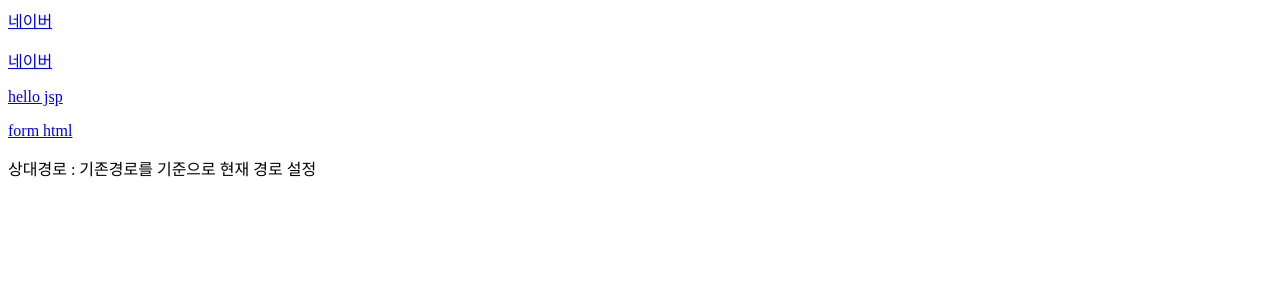
Repository: DrakeJU/eclipse-workspace
Page: Web/WebContent/atag.html
These files come from the project's save history. The page is drawn as it stood at one moment and after a run of saves; the edit follows.
The browser window is 1280 px wide. The pictures show the whole page.

Above is the page before, as saved 2017-10-16 01:08:20.

After the next 2 saves:
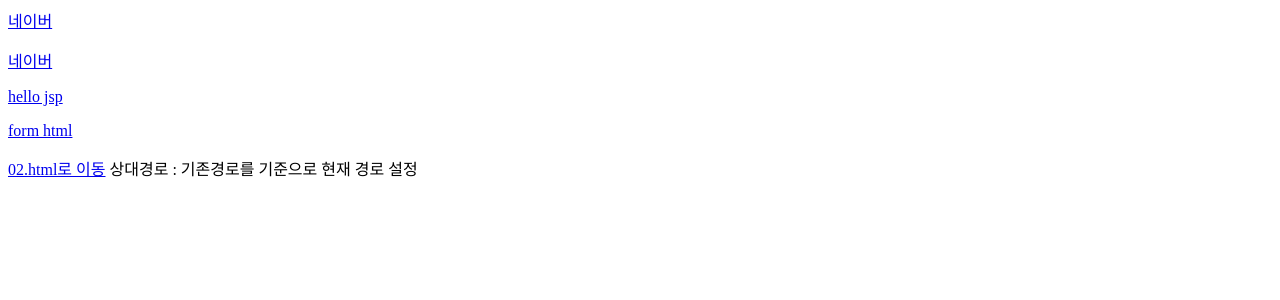
The 2 saves are shown as one change because they came seconds apart.
The last was saved 27 s later.
--- a/Web/WebContent/atag.html
+++ b/Web/WebContent/atag.html
@@ -14,6 +14,7 @@
 
 	<a href = "./01/Form.html" target = "_self">form html</a><p>
 
+	<a href = "./02/02.html">02.html로 이동</a>
 
 	상대경로 : 기존경로를 기준으로 현재 경로 설정
 
